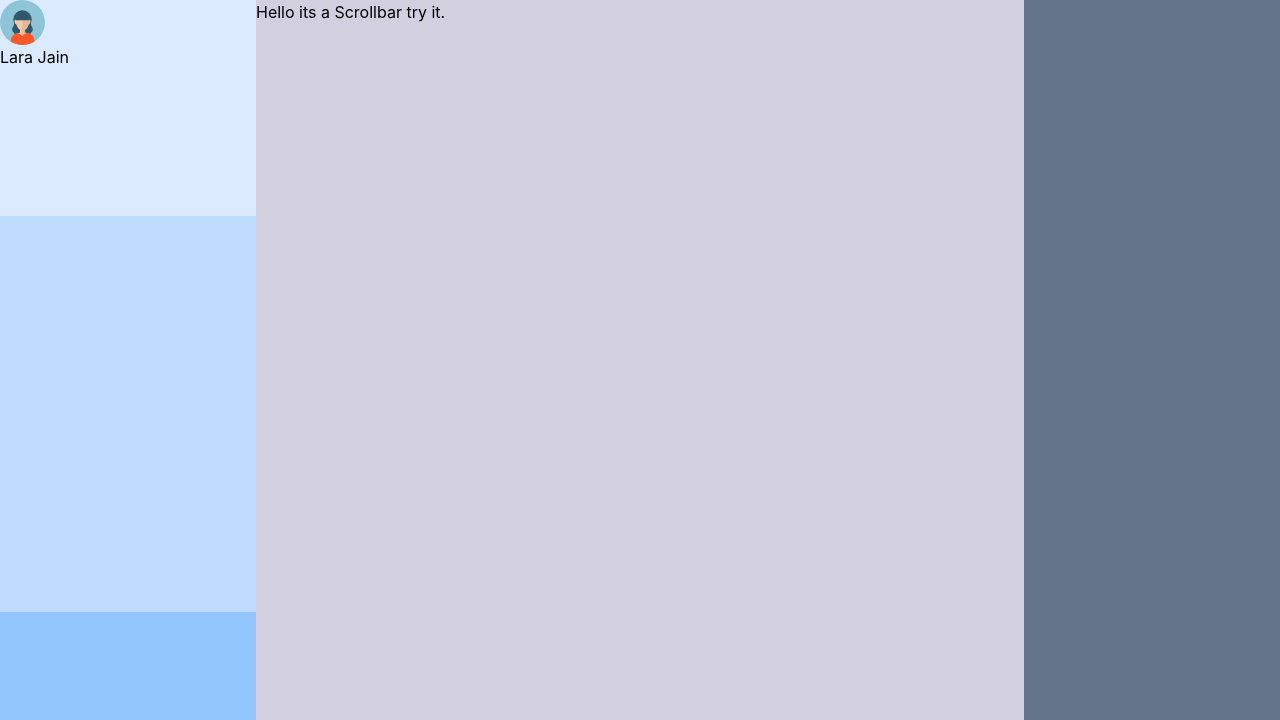
Repository: cosmicswati/upgrad-captions-project
Page: /
These files come from the project's save history. The page is drawn as it stood at one moment and after the next save; the edit follows.
The browser window is 1280 px wide. The pictures show the whole page.
An inner scrolling area shows only its first screen. The project was rebuilt for these pictures with package versions that can differ from the ones it lists, and the page was loaded fresh each time. Also part of the build but not shown: src/components/Input/index.js, src/components/Button/index.js, src/modules/Authorization/Form.jsx, src/modules/Authorization/index.js.

Above is the page before, as saved 2024-04-09 13:36:36.

### src/index.css
@tailwind base;
@tailwind components;
@tailwind utilities;

body {
  margin: 0;
  font-family: -apple-system, BlinkMacSystemFont, 'Segoe UI', 'Roboto', 'Oxygen',
    'Ubuntu', 'Cantarell', 'Fira Sans', 'Droid Sans', 'Helvetica Neue',
    sans-serif;
  -webkit-font-smoothing: antialiased;
  -moz-osx-font-smoothing: grayscale;
}

code {
  font-family: source-code-pro, Menlo, Monaco, Consolas, 'Courier New',
    monospace;
}

.scrollbar-hide::-webkit-scrollbar{
  display: none;
}

### src/App.js
import Auth from "./modules/Authorization";
import Home from "./modules/Home";


function App() {
  return (
    <div>
      {/* <Auth />  */}
      <Home />
    </div>
  );
}

export default App;

### src/modules/Home/index.js
import React from 'react'
import { ReactComponent as Avatar} from '../../assets/Avatar.svg'

const Home = () => {
  return (
    <div className='h-screen bg-[#d2cfdf] flex overflow-hidden'>
        <div className='w-[20%] flex flex-col'>
            <div className='h-[30%] bg-blue-100'>
                <div>
                    <Avatar width={'45px'} height={'45px'}/>
                    <p>Lara Jain</p>
                </div>
            </div>
            <div className='h-[55%] bg-blue-200'></div>
            <div className='h-[15%] bg-blue-300'></div>
        </div>
        <div className='w-[60%] overflow-scroll h-full scrollbar-hide'>
            <div className='h-[1500px]'>Hello its a Scrollbar try it.</div>
        </div>
        <div className='w-[20%] bg-slate-500'></div>
    </div>
  )
}

export default Home

### tailwind.config.js
/** @type {import('tailwindcss').Config} */
module.exports = {
 mode:'jit',
 purge: [
  './public/**/*.html',
  './src/**/*.{js,jsx,ts,tsx,vue}',
 ],
  content: [
    "./src/**/*.{js,jsx,ts,tsx}",
  ],
  theme: {
    extend: {},
  },
  plugins: [],
}

Loaded but not shown: public/index.html (common file); src/index.js (common file); src/reportWebVitals.js (common file)

After the next save:
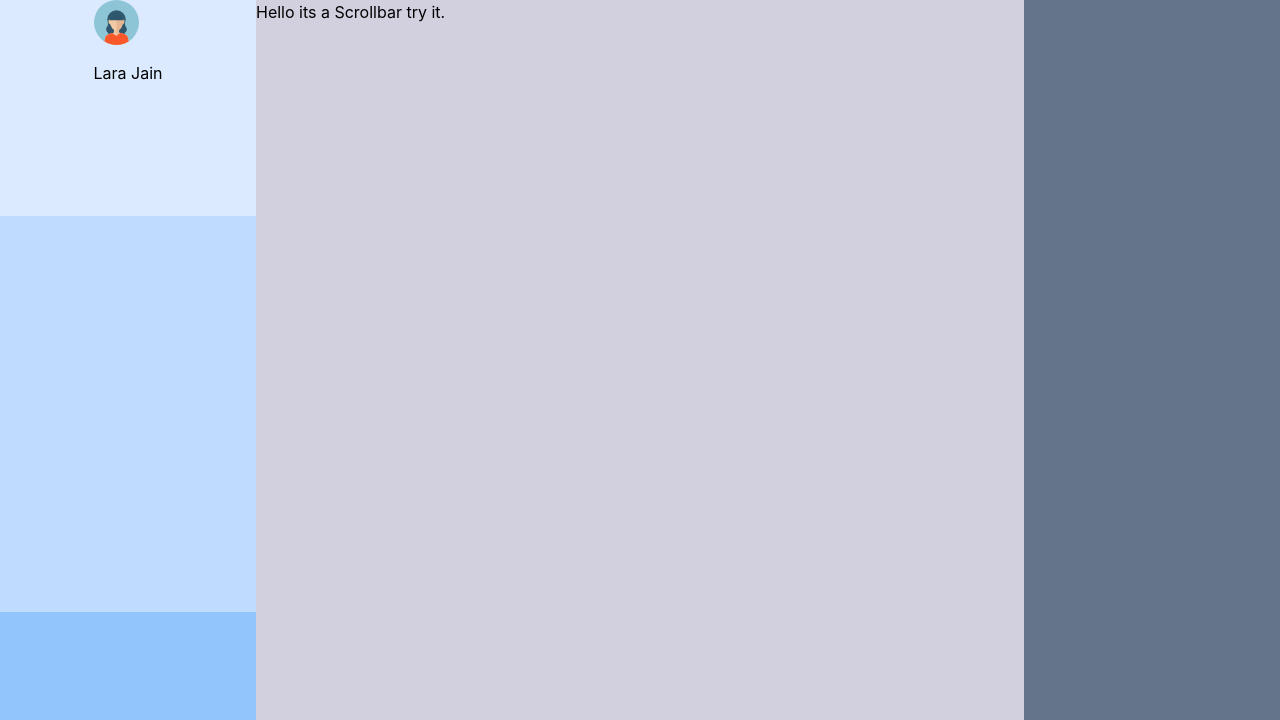
Saved 3 min 11 s later.
--- a/src/modules/Home/index.js
+++ b/src/modules/Home/index.js
@@ -5,10 +5,10 @@ const Home = () => {
   return (
     <div className='h-screen bg-[#d2cfdf] flex overflow-hidden'>
         <div className='w-[20%] flex flex-col'>
-            <div className='h-[30%] bg-blue-100'>
+            <div className='h-[30%] bg-blue-100 flex justify-center item-center'>
                 <div>
                     <Avatar width={'45px'} height={'45px'}/>
-                    <p>Lara Jain</p>
+                    <p className='my-4'>Lara Jain</p>
                 </div>
             </div>
             <div className='h-[55%] bg-blue-200'></div>
